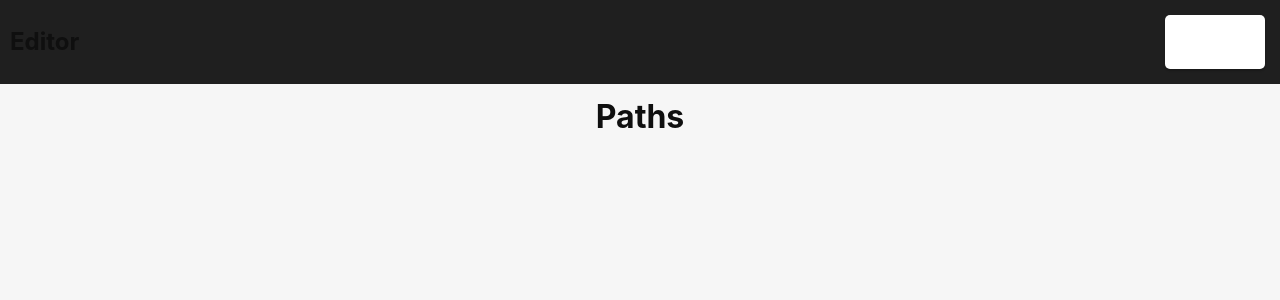
Repository: toasted226/visual-scripting-js
Page: /
The author's editor kept a copy of each file at every save. The page is drawn from the files as they stood at one save, then again after the next save.
The browser window is 1280 px wide. The pictures show the whole page.
The project was rebuilt for these pictures with package versions that can differ from the ones it lists, and the page was loaded fresh each time. Also part of the build but not shown: vite.config.ts.

Above is the page before, as saved 2023-06-11 21:43:26.

### index.html
<!DOCTYPE html>
<html lang="en">
  <head>
    <meta charset="UTF-8" />
    <link rel="icon" type="image/svg+xml" href="/vite.svg" />
    <meta name="viewport" content="width=device-width, initial-scale=1.0" />
    <title>Visual Scripting for JavaScript</title>
  </head>

  <body>
    <div id="root"></div>
    <script type="module" src="/src/main.tsx"></script>
  </body>
</html>

### src/App.tsx
import { invoke } from "@tauri-apps/api/tauri";
import { useState } from "react";
import "./App.css";
import Navbar from "./Navbar";

function App() {
    const [paths, setPaths] = useState<string[]>([]);

    function load_paths() {
        invoke("enumerate_files", { dir: "/Dev Projects/tauri/visual-scripting-js" })
            .then((res) => {
                setPaths(res as string[]);
            })
            .catch((err) => {
                console.error(err);
            });
    }

    return (
        <div className="container">
            <Navbar />
            <div className="content">
                <h1>Paths</h1>
                {paths.map((path) => {
                    return <p>{path}</p>
                })}
            </div>
        </div>
    );
}

export default App;

### src/styles.css
:root {
    --dark: #2f2f2f;
    --light: #f6f6f6;

    font-family: Inter, Avenir, Helvetica, Arial, sans-serif;
    font-size: 16px;
    line-height: 24px;
    font-weight: 400;

    color: #0f0f0f;
    background-color: #f6f6f6;

    font-synthesis: none;
    text-rendering: optimizeLegibility;
    -webkit-font-smoothing: antialiased;
    -moz-osx-font-smoothing: grayscale;
    -webkit-text-size-adjust: 100%;
}

.row {
    display: flex;
    justify-content: center;
}

a {
    font-weight: 500;
    color: #646cff;
    text-decoration: inherit;
}

a:hover {
    color: #535bf2;
}

h1 {
    text-align: center;
}

input,
button {
    border-radius: 8px;
    border: 1px solid transparent;
    padding: 0.6em 1.2em;
    font-size: 1em;
    font-weight: 500;
    font-family: inherit;
    color: #0f0f0f;
    background-color: #ffffff;
    transition: border-color 0.25s;
    box-shadow: 0 2px 2px rgba(0, 0, 0, 0.2);
}

button {
    cursor: pointer;
}

button:hover {
    border-color: #396cd8;
}
button:active {
    border-color: #396cd8;
    background-color: #e8e8e8;
}

input,
button {
    outline: none;
}

#greet-input {
    margin-right: 5px;
}

@media (prefers-color-scheme: dark) {
    :root {
        color: #f6f6f6;
        background-color: #2f2f2f;
    }

    a:hover {
        color: #24c8db;
    }

    input,
    button {
        color: #ffffff;
        background-color: #0f0f0f98;
    }
    button:active {
        background-color: #0f0f0f69;
    }
}

### src/Navbar.tsx
import { invoke } from "@tauri-apps/api/tauri";
import "./Navbar.css";

function Navbar() {
    return (
        <nav className="navbar">
            <h1>Editor</h1>
            <button className="compile-btn">Compile</button>
        </nav>
    );
}

export default Navbar;

### src/Navbar.css
.navbar {
    background-color: #1f1f1f;
    margin: 0;
    padding: 10px;
    display: flex;
    justify-content: space-between;
}

.compile-btn {
    color: white;
    border-radius: 5px;
    padding: 5px;
    margin: 5px;
    width: 100px;
}

.compile-btn:hover {
    background-color: #1f1f1f;
    border: 1px solid white;
}

Loaded but not shown: src/main.tsx (common file); src/App.css (common file)

After the next save:
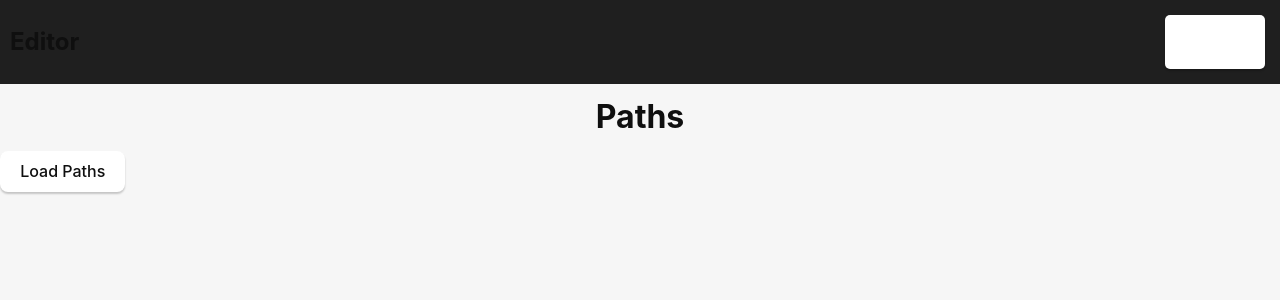
Saved 8 s later.
--- a/src/App.tsx
+++ b/src/App.tsx
@@ -21,6 +21,7 @@ function App() {
             <Navbar />
             <div className="content">
                 <h1>Paths</h1>
+                <button onClick={load_paths}>Load Paths</button>
                 {paths.map((path) => {
                     return <p>{path}</p>
                 })}
